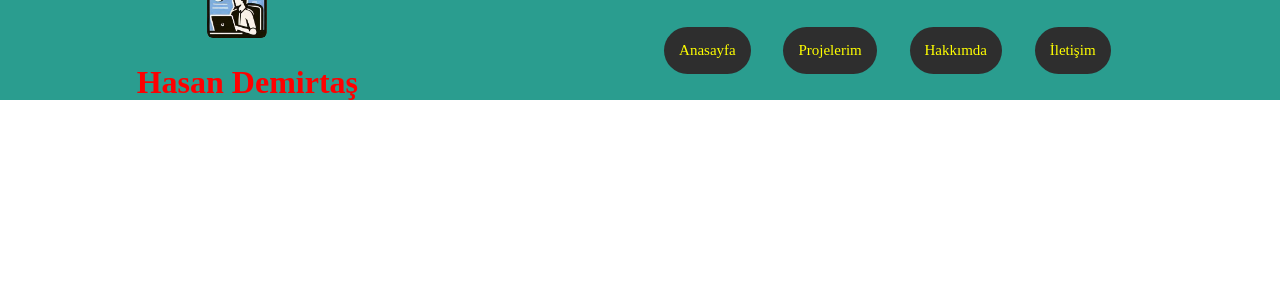
Repository: 0hasandemirtas/react-odev
Page: /
An editor plug-in stored every save of this project. The page is shown before and after the next save, followed by the edit.
The browser window is 1280 px wide. The pictures show the whole page.
The project was rebuilt for these pictures with package versions that can differ from the ones it lists, and the page was loaded fresh each time.

Above is the page before, as saved 2024-06-16 17:54:25.

After the next save:
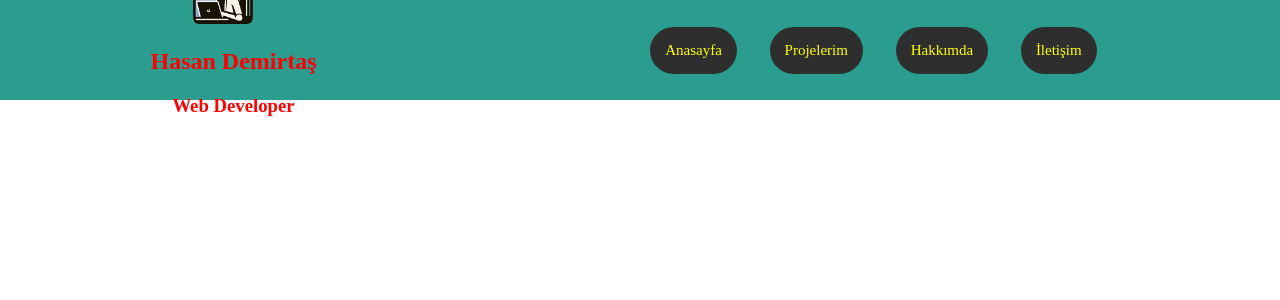
Saved 29 s later.
--- a/src/components/header/index.js
+++ b/src/components/header/index.js
@@ -8,7 +8,8 @@ const Header = ()=>{
 
       <div>
           <img  className={classes.logo} src="./images/logo2.png" />
-          <h1>Hasan Demirtaş</h1>
+          <h2>Hasan Demirtaş</h2>
+          <h3>Web Developer</h3>
       </div>
       <div  className={classes.titleContainer}>
         <a className={classes.titleContentContainer} href='#'>Anasayfa</a>
